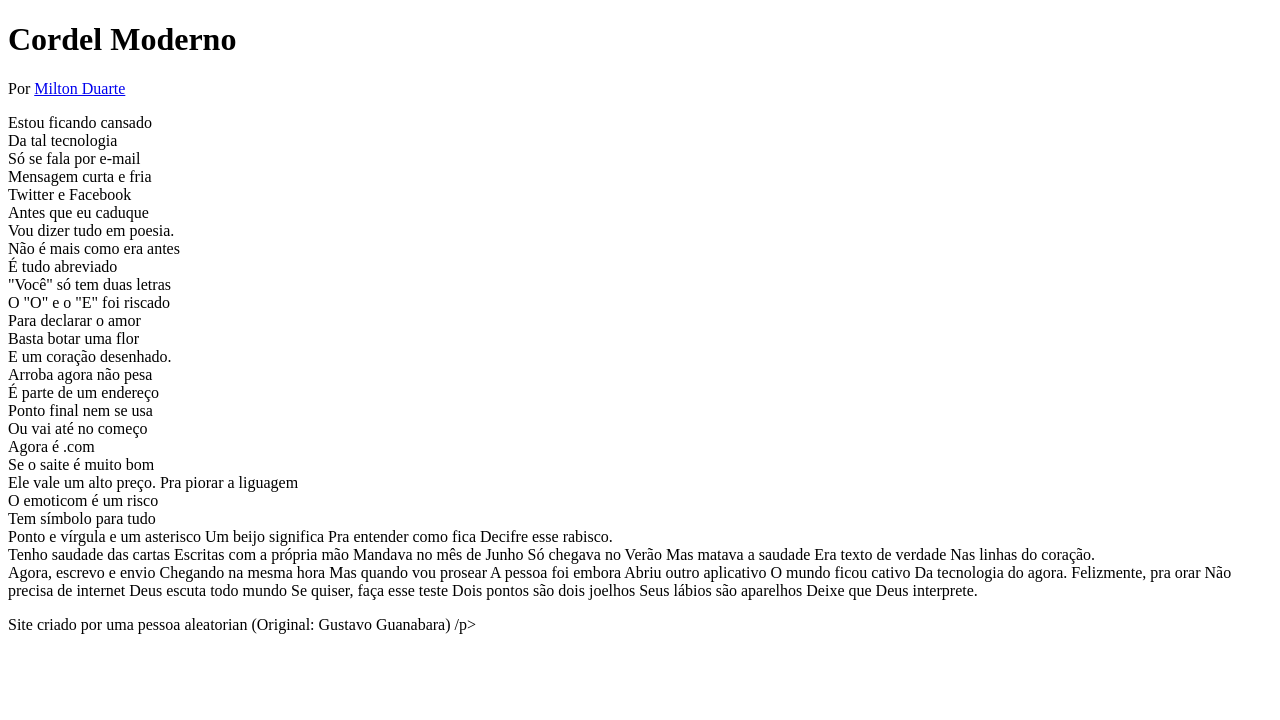
Repository: Codigo404q/html-css
Page: AHAHAHAHAHAHAHHHHHHHHHAHAHAHAHAHAHHAHAH/d012/index.html
These files come from the project's save history. The page is drawn as it stood at one moment and after a run of saves; the edit follows.
The browser window is 1280 px wide. The pictures show the whole page.

Above is the page before, as saved 2024-01-07 22:42:10.

After the next 3 saves:
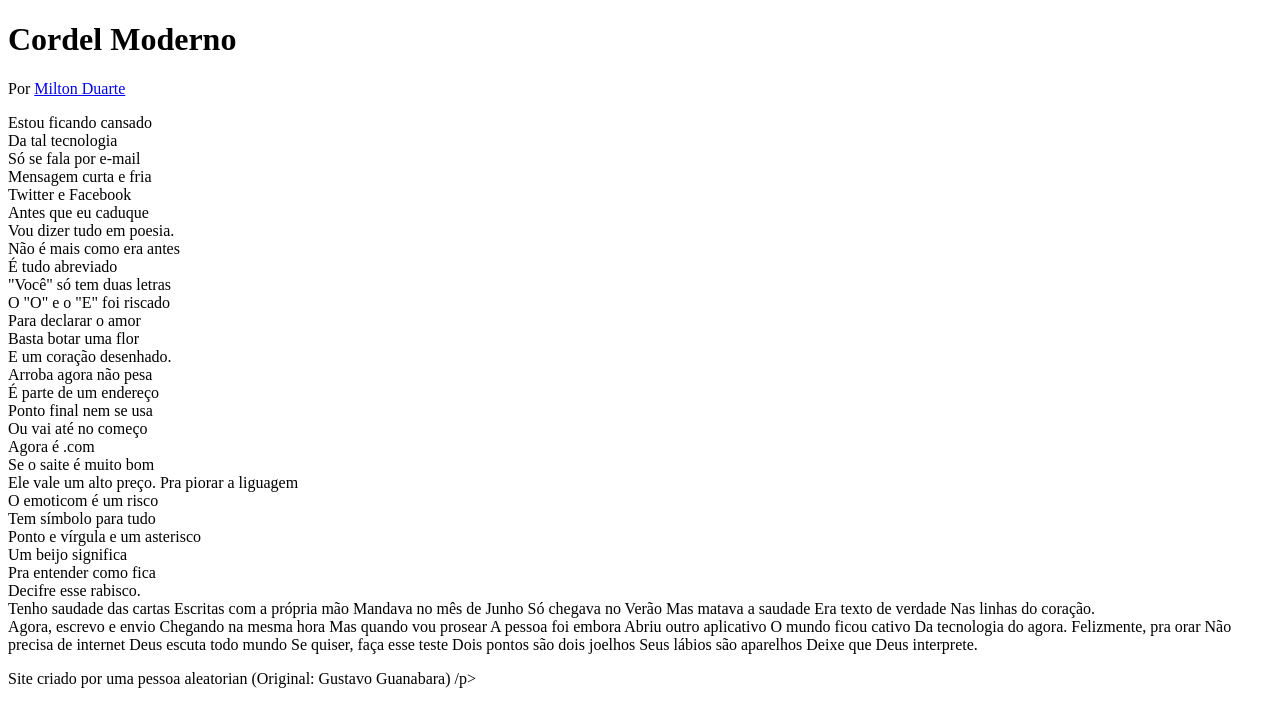
The 3 saves are shown as one change because they came seconds apart.
The last was saved 8 s later.
--- a/AHAHAHAHAHAHAHHHHHHHHHAHAHAHAHAHAHHAHAH/d012/index.html
+++ b/AHAHAHAHAHAHAHHHHHHHHHAHAHAHAHAHAHHAHAH/d012/index.html
@@ -47,9 +47,9 @@
         Pra piorar a liguagem <br>
         O emoticom é um risco <br>
         Tem símbolo para tudo <br>
-        Ponto e vírgula e um asterisco
-        Um beijo significa
-        Pra entender como fica
+        Ponto e vírgula e um asterisco <br>
+        Um beijo significa <br>
+        Pra entender como fica <br>
         Decifre esse rabisco.
     </section>
 
